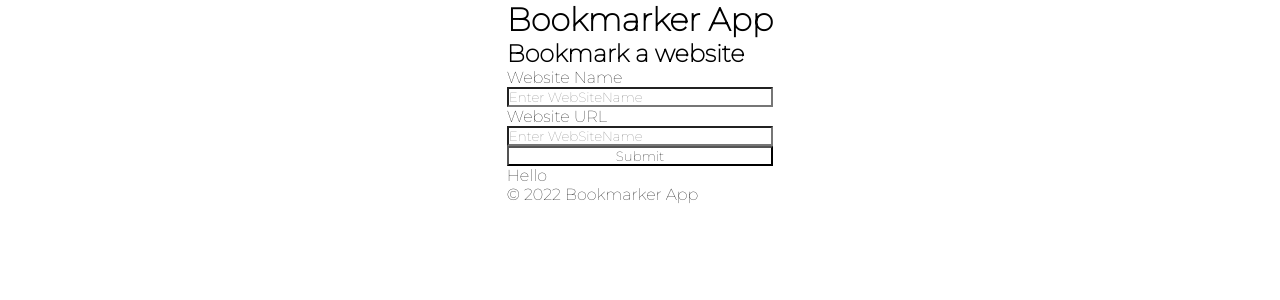
Repository: Suporl9/BookMarkerApp
Page: index.html
An editor plug-in stored every save of this project. The page is shown before and after the next save, followed by the edit.
The browser window is 1280 px wide. The pictures show the whole page.

Above is the page before, as saved 2021-11-21 17:28:33.

### index.html
<!DOCTYPE html>
<html lang="en">
  <head>
    <meta charset="UTF-8" />
    <meta http-equiv="X-UA-Compatible" content="IE=edge" />
    <meta name="viewport" content="width=device-width, initial-scale=1.0" />
    <link rel="stylesheet" href="./style.css" />
    <title>Document</title>
  </head>
  <body>
    <div class="container">
      <div class="innerContainer">
        <div class="bookmarkerSection"><h1>Bookmarker App</h1></div>
        <div class="vh"></div>
        <div class="formInput">
          <form class="formSec">
            <h2>Bookmark a website</h2>
            <div class="sitesec">
              <label name="siteName">Website Name</label>
              <input
                type="text"
                name="sitename"
                placeholder="Enter WebSiteName"
              />
              <label name="siteName">Website URL</label>
              <input
                type="text"
                name="sitename"
                placeholder="Enter WebSiteName"
              />
            </div>
            <button>Submit</button>
          </form>
        </div>
        <div class="toBeAdded">Hello</div>
        <footer class="footer">
          <p>&copy; 2022 Bookmarker App</p>
        </footer>
      </div>
    </div>
  </body>
</html>

### style.css
@import url("https://fonts.googleapis.com/css2?family=Montserrat:wght@100&display=swap");

:root {
  --main-bg-color: rgb(255, 255, 255);
}
* {
  background-color: var(--main-bg-color);
  font-family: "Montserrat", sans-serif;
  box-sizing: border-box; /* includes padding in height and width(the box outside doesnot get bigger when adding padding and stuff)*/
  margin: 0;
  padding: 0;
  /* border: none; */
}
.container {
  margin: auto;
  width: 70%;
  display: flex;
  justify-content: center;
}
.innerContainer {
  display: flex;
  flex-direction: column;
}
.formSec {
  display: flex;
  flex-direction: column;
}
.sitesec {
  display: flex;
  flex-direction: column;
}

After the next save:
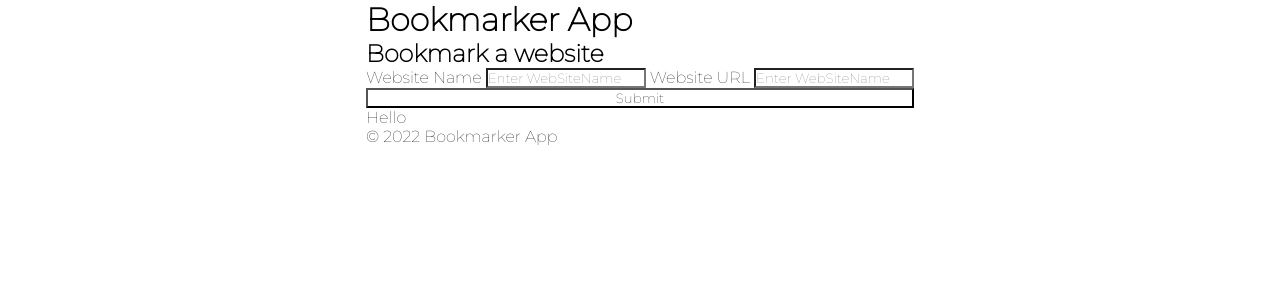
Saved 28 s later.
--- a/style.css
+++ b/style.css
@@ -25,7 +25,8 @@
   display: flex;
   flex-direction: column;
 }
-.sitesec {
+/* .sitesec {
   display: flex;
   flex-direction: column;
 }
+ */

After the save that followed:
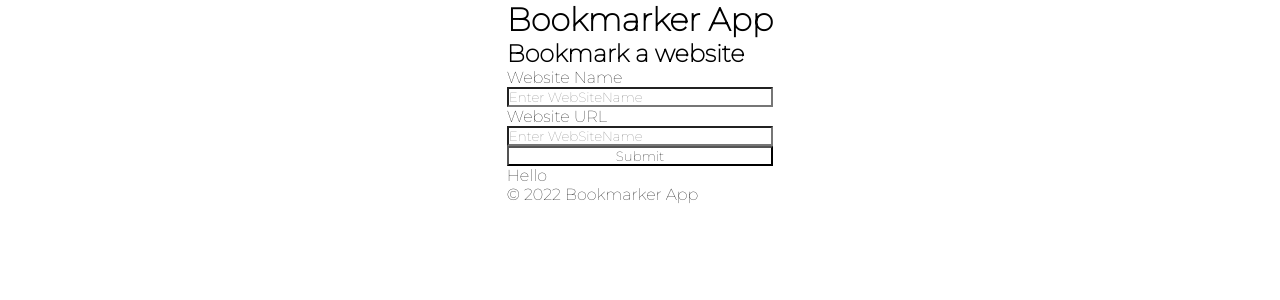
Saved 5 s later.
--- a/style.css
+++ b/style.css
@@ -21,7 +21,8 @@
   display: flex;
   flex-direction: column;
 }
-.formSec {
+.formSec,
+.sitesec {
   display: flex;
   flex-direction: column;
 }
